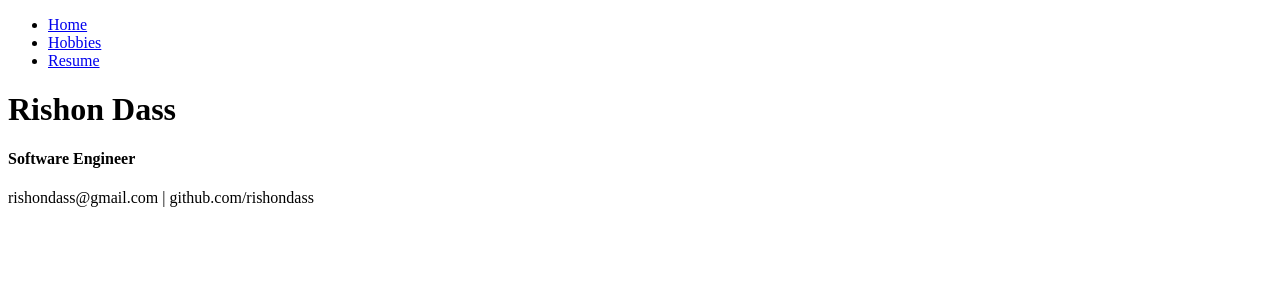
Repository: rishondass/ITMD361-Project1
Page: resume.html
An editor plug-in stored every save of this project. The page is shown before and after a run of saves, followed by the edit.
The browser window is 1280 px wide. The pictures show the whole page.

Above is the page before, as saved 2023-02-22 15:19:07.

### resume.html
<!DOCTYPE html>
<html lang="en">
<head>
    <meta charset="UTF-8">
    <meta name="viewport" content="width=device-width, initial-scale=1.0">
    <title>Resume</title>
</head>
<body>
    <nav>
        <ul>
            <li>
                <a href="index.html">Home</a>
            </li>
            <li>
                <a href="hobbies.html">Hobbies</a>
            </li>
            <li>
                <a href="resume.html">Resume</a>
            </li>
        </ul>
    </nav>
    <div>
        <h1>Rishon Dass</h1>
        <h4>Software Engineer</h4>
        <p>rishondass@gmail.com | github.com/rishondass</p>
    </div>
    <div>

    </div>
</body>
</html>

After the next 7 saves:
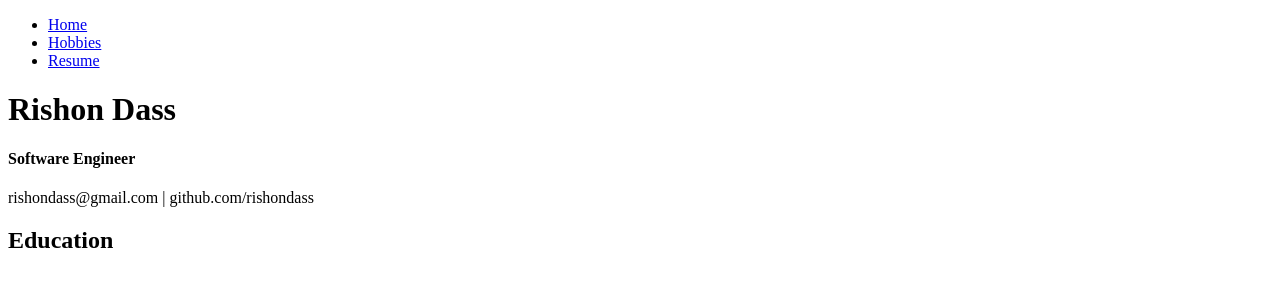
The 7 saves are shown as one change because they came seconds apart.
The last was saved 22 s later.
--- a/resume.html
+++ b/resume.html
@@ -20,12 +20,20 @@
         </ul>
     </nav>
     <div>
-        <h1>Rishon Dass</h1>
-        <h4>Software Engineer</h4>
-        <p>rishondass@gmail.com | github.com/rishondass</p>
+        <h1>
+            Rishon Dass
+        </h1>
+        <h4>
+            Software Engineer
+        </h4>
+        <p>
+            rishondass@gmail.com | github.com/rishondass
+        </p>
     </div>
     <div>
-
+        <h2>
+            Education
+        </h2>
     </div>
 </body>
 </html>
